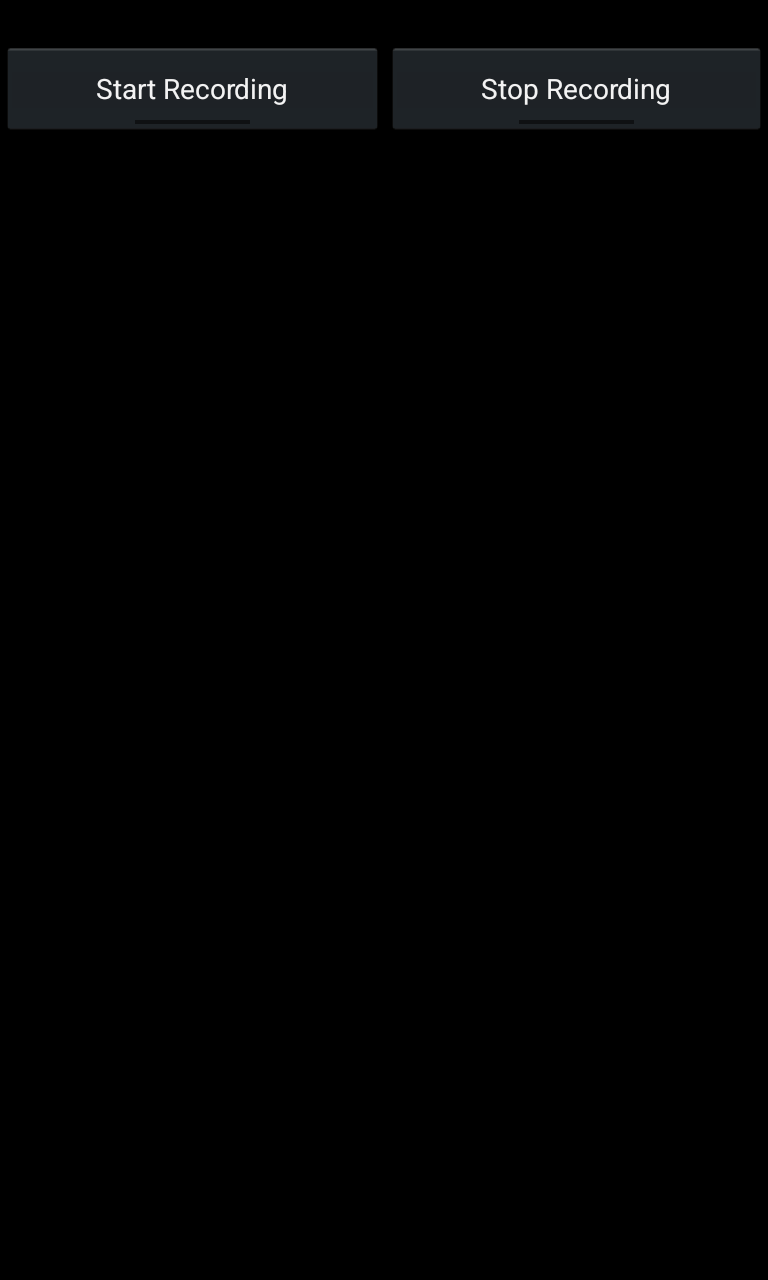
Repository: Amir13/Android_Basic_Steps
Layout: ViewElements5/res/layout/activity_audio_recorder.xml
An editor plug-in stored every save of this project. The layout is shown before and after the next save, followed by the edit.
It is drawn on a 768 x 1280 px phone screen (xhdpi) without system bars, with theme android:Theme.Holo; the app's code is not run.

Above is the layout before, as saved 2014-06-15 20:12:21.

After the next save:
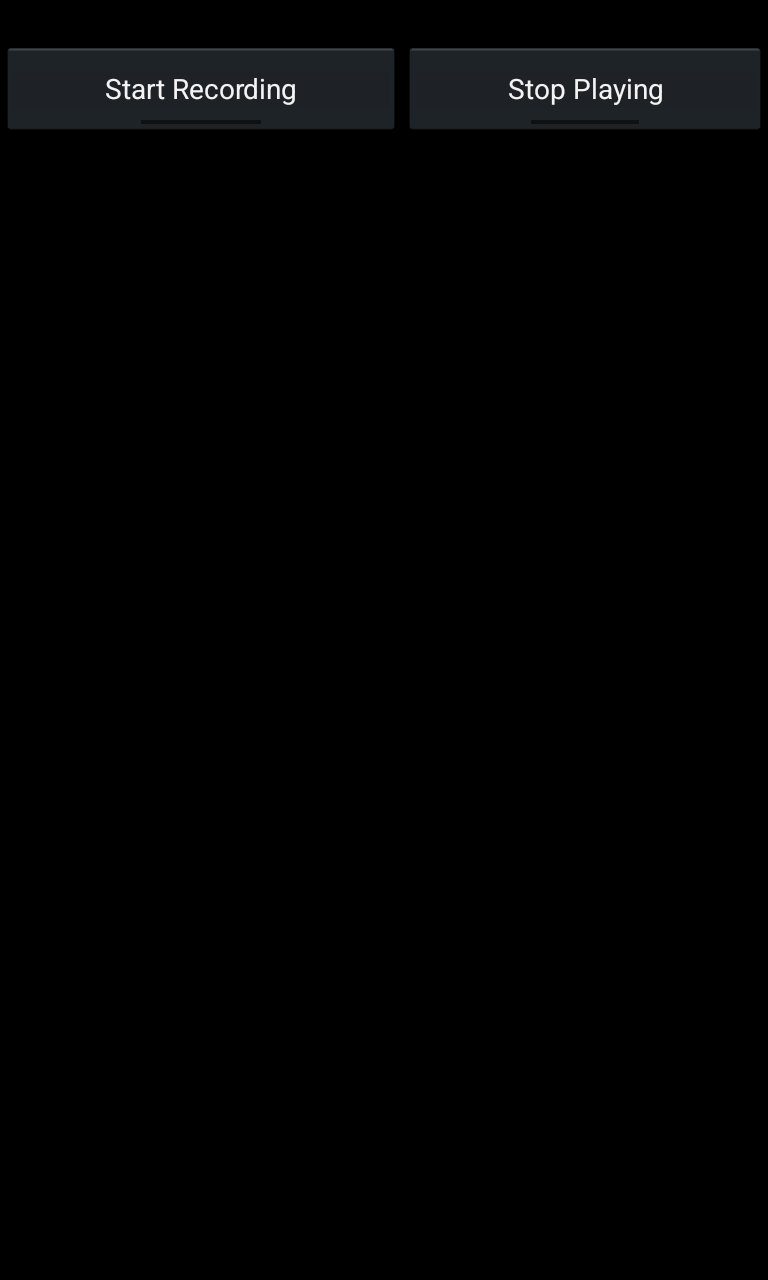
Saved 5 min 58 s later.
--- a/ViewElements5/res/layout/activity_audio_recorder.xml
+++ b/ViewElements5/res/layout/activity_audio_recorder.xml
@@ -19,7 +19,7 @@
         android:layout_height="wrap_content"
         android:layout_marginTop="20dp"
         android:layout_weight="1"
-        android:textOn="Start Recording"
-        android:textOff="Stop Recording" />
+        android:textOn="Start Playing"
+        android:textOff="Stop Playing" />
 
 </LinearLayout>
